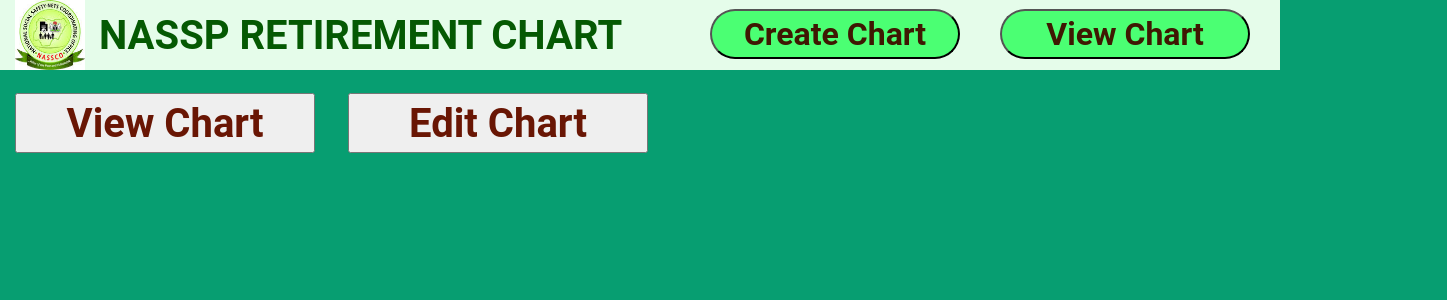
Repository: sheddy1/nasspchart
Page: http://localhost/
The author's editor kept a copy of each file at every save. The page is drawn from the files as they stood at one save, then again after the next save.
The browser window is 1280 px wide. The page is 1280 px wide, then 1447 px, so the pictures cover 1447 px, including what lies to the right of the window. The pictures show the whole page.
The page is run by PHP 8.4 with error messages shown; the project is at /var/www/html/.

Above is the page before, as saved 2022-04-06 17:41:34.

### index.php
<!DOCTYPE html>
<html lang="en">
<head>
    <meta charset="UTF-8">
    <meta http-equiv="X-UA-Compatible" content="IE=edge">
    <meta name="viewport" content="width=device-width, initial-scale=1.0">
    <title>NASSP CHART</title>

    <link rel="stylesheet" href="index1.css">
</head>

<body>
    <div id="header">
        <img src="images/images.jpg" class="logo-image">

        <label class="logo-text">NASSP RETIREMENT CHART</label>

        <form action="" method="POST">
            <button class="view-chart" name="view-chart">
                View Chart
            </button>

            <button class="create-chart" name="create-chart">
                Create Chart
            </button>
        </form>
    </div>

    <input type="text">

    <?php
        $page = 2;
        $edit_chart = 1;

        if(isset($_POST['view-chart']))
        {
            // echo"<script>alert('you can view chart')</script>";
            $page = 2;

        }

        if(isset($_POST['create-chart']))
        {
            //  echo"<script>alert('you can create chart')</script>";

            $page = 1;
        }


         if($page == 1)
        {
            $user = "root";
            $pass = "";
            $db ="nassp";
            $db = new mysqli('localhost',$user,$pass,$db)
            or die("could not connect");

            $con1="SELECT * FROM employee ";

            $con1a = mysqli_query($db,$con1);

            $con1b  = mysqli_num_rows($con1a);

          $no1= $con1b;

            echo "
                <form method='POST' action=''>
                    <div id='chart-name'>
                        <label class='chartname1'>
                        Chart Name
                        </label>

                        <input type='text' class='chart-name-text' name='chart-name-text'>
                    </div>

                    <div id='chart-month'>
                        <label class='chartname1'>
                        Chart Month
                        </label>

                        <select name='chart-month-select'
                         class='chart-name-text'>
                            <option value='1'>January</option>
                            <option value='2'>Febuary</option>
                            <option value='3'>March</option>
                            <option value='4'>April</option>
                            <option value='5'>May</option>
                            <option value='6'>June</option>
                            <option value='7'>July</option>
                            <option value='8'>August</option>
                            <option value='9'>September</option>
                            <option value='10'>October</option>
                            <option value='11'>November</option>
                            <option value='12'>December</option>
                        </select>
                    </div>

                    <div id='employees'>
             <label class='chartname1'>
             Employees Name
             </label>

             <div class='employee-div1'>

             <table class='employees-table'>

             <tr class='employees-table-row'>
                 <th>Employees</th>
                 </tr>

             ";
             for($x = 0; $x<$no1; $x++)
             {
                 $row = mysqli_fetch_array($con1a);

                 echo"<tr class='employees-table-row1'><th>".$row['employee']."</th></tr  >";
             }
             echo"

             </table>
             </div>

         </div>

            <input type ='submit' value='Create Chart' name='btn-chart' class='btn-chart'>

            </form>";





            echo"
            <form method='POST' action=''>
            <div id='add-employee'>
                    <label class='chartname1'>
                    Add Employee
                    </label>

                    <input type='text'
                     class='chart-name-text' name='employee-name-text'>

                     <button type='submit' id ='add-employee-button'
                     name='add-employee-button'>
                        Add Employee
                     </button>


                </div>
                </form>
            ";



        }

        if(isset($_POST['add-employee-button']))
        {
            header("refresh: 0;");

            $employee = $_POST['employee-name-text'];

            // echo"<script>alert('the stuff is');</script>";

            $user = "root";
            $pass = "";
            $db ="nassp";
            $db = new mysqli('localhost',$user,$pass,$db)
            or die("could not connect");

            $open = "open";

            $insert_employee = "INSERT INTO employee (employee) VALUES ('$employee')";

            mysqli_query($db,$insert_employee);

            mysqli_close($db);




        }

        if(isset($_POST['btn-chart']))
        {
            // header("refresh: 3;");

            // location.reload();

            echo"<script>alert('posted');</script>";

            $name = $_POST['chart-name-text'];

            $month = $_POST['chart-month-select'];

            $user = "root";
            $pass = "";
            $db ="nassp";
            $db = new mysqli('localhost',$user,$pass,$db)
            or die("could not connect");

            $con1="SELECT * FROM employee";

            $con1a = mysqli_query($db,$con1);

            $con1b  = mysqli_num_rows($con1a);

            $no1= $con1b;

            $open = "open";

            $closed = "closed";

            $row = mysqli_fetch_array($con1a);

            $employee = $row['employee'];

            $idnum = rand(10000,99999);


            for($x = 2; $x<=$no1; $x++)
                 {
                    $row = mysqli_fetch_assoc($con1a);

                    $employee = $row['employee'];

                    // echo"<tr class='employees-table-row1'><th>".$row['employee']."</th></tr  >";

                    $insert_chart = "INSERT INTO employees (employee,table1,month1,id,`1`,`2`,`3`,`4`,`5`,`6`,`7`,`8`,`9`,`10`,`11`,`12`,`13`,`14`,`15`,`16`,`17`,`18`,`19`,`20`,`21`,`22`,`23`,`24`,`25`,`26`,`27`,`28`,`29`,`30`,`31`) VALUES
                    ('$employee','$name','$month','$idnum','$open','$open','$open','$open','$open','$open','$open','$open','$open','$open','$open','$open','$open','$open','$open','$open','$open','$open','$open','$open','$open','$open','$open','$open','$open','$open','$open','$open','$open','$open','$open')";

                    mysqli_query($db,$insert_chart);
                }


        }




        else if($page == 2)
        {
            echo"
                <form method='POST' action=''>
                    <button class='view-chart2' name='view_chart2'>
                        View Chart
                    </button>
                    <button name='edit_chart2' class='edit_chart2'>
                        Edit Chart
                    </button>
                </form>
            ";

            if(isset($_POST['edit_chart2']))
            {
                $edit_chart = 1;
            }

            if(isset($_POST['view_chart2']))
            {
                $edit_chart = 2;

            }
        }


        // if(isset($_POST['chart-name-text']))
        // {
        //     echo"<script>alert('the stuff is');</script>";
        // }
    ?>
</body>
</html>

### index1.css
body{
    background-color: #079E71;
}

#header{
 height: 70px;
width: 100%;
position: absolute;
left: 0px;
top: 0px;
border-radius: 0px;
background: #E5FCEA;
}

.logo-image{
    position: absolute;
width: 70px;
height: 70px;
left: 15px;
top: 0px;
}

.logo-text{
    position: absolute;
width: 700px;
height: 47px;
left: 99px;
top: 12px;

font-family: 'Roboto';
font-style: normal;
font-weight: 700;
font-size: 40px;
line-height: 47px;
/* identical to box height */


color: #055903;
}

.view-chart{
    position: absolute;
width: 250px;
height: 50px;
right: 30px;
top: 9px;

background: #4BFF73;
border-radius: 50px;

font-family: 'Roboto';
font-style: normal;
font-weight: 700;
font-size: 32px;
line-height: 38px;
/* identical to box height */


color: #3F1802;
}

.create-chart{
    position: absolute;
width: 250px;
height: 50px;
right: 320px;
top: 9px;

background: #4BFF73;
border-radius: 50px;

font-family: 'Roboto';
font-style: normal;
font-weight: 700;
font-size: 32px;
line-height: 38px;
/* identical to box height */


color: #3F1802;
}

#chart-name{
    position: absolute;
width: 570px;
height: 137px;
left: 80px;
top: 100px;
/* background-color: red; */
}

.chartname1{
    position: absolute;
left: 0px;
top: 0px;

font-family: 'Roboto';
font-style: normal;
font-weight: 700;
font-size: 40px;
line-height: 47px;
/* identical to box height */


color: #FFFFFF;
}

.chart-name-text{
    position: absolute;
width: 562px;
height: 55px;
left: 0px;
bottom: 0px;
font-size:40px;
background: #ffffff;
}

#chart-month{
    position: absolute;
width: 570px;
height: 137px;
right: 80px;
top: 100px;
/* background-color: red; */
}

#employees{
    position: absolute;
width: 570px;
height: 137px;
left: 80px;
top: 300px;
/* background-color: red; */
}

.employee-div1{
    position: absolute;
width: 562px;
height: 300px;
left: 0px;
top: 70px;
overflow: auto;
font-size: 30px;
background: #ffffff;
text-align: center;
}

.employees-table{
    text-align: center;
    width: 100%;
    height: 100%;
}

.employees-table-row{
    text-align: center;
width: 100%;
height: 50px;
background: #DCD884;
}

.employees-table-row1{
    text-align: center;
width: 100%;
height: 50px;

}

#add-employee{
    position: absolute;
width: 570px;
height: 137px;
right: 80px;
top: 300px;
/* background-color: red; */
}

#add-employee-button{
    position: absolute;
width: 400px;
height: 50px;
left: 0px;
top: 170px;
font-weight: bold;
font-size: 30px;
background: #C4C4C4;
border-radius: 50px;
box-shadow: 0px 20px 20px 0px;
}


.btn-chart{
    position: absolute;
    width: 400px;
    height: 50px;
    right: 250px;
    top: 600px;
    font-weight: bold;
    font-size: 30px;
    background: #C4C4C4;
    border-radius: 50px;
    box-shadow: 0px 20px 20px 0px;
}

/* code for second page */
.view-chart2{
position: absolute;
width: 300px;
height: 60px;
left: 15px;
top: 93px;

font-family: 'Roboto';
font-style: normal;
font-weight: 700;
font-size: 40px;
line-height: 47px;
color: #691604;

}

.edit_chart2{
    position: absolute;
width: 300px;
height: 60px;
left: 348px;
top: 93px;

    font-family: 'Roboto';
    font-style: normal;
    font-weight: 700;
    font-size: 40px;
    line-height: 47px;
    color: #691604;

    }

.view-charts-scrool{
    position: absolute;
width: 766px;
height: 60px;
left: 681px;
top: 93px;
}

After the next save:
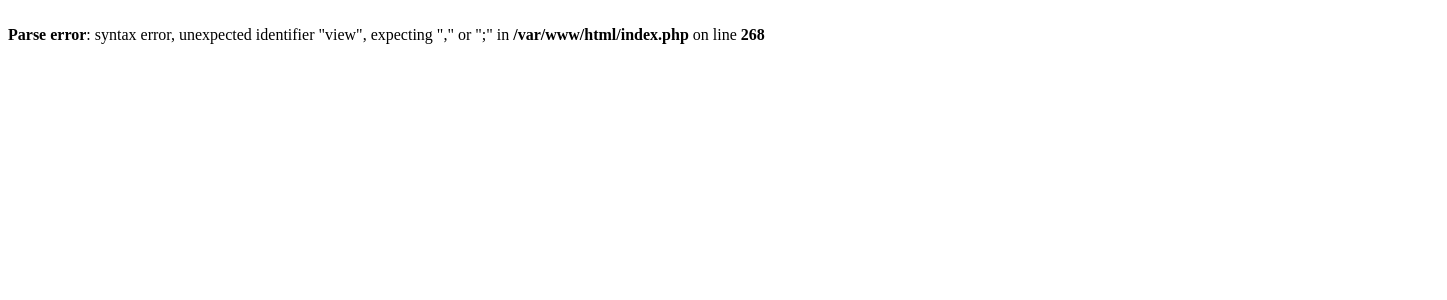
Saved 2 s later.
--- a/index.php
+++ b/index.php
@@ -261,7 +261,18 @@
                 $edit_chart = 2;
 
             }
-        }
+
+            if($edit_chart == 1)
+            {
+                echo"
+                    <div class="view-charts-scrool">
+
+                    </div>
+                ";
+            }
+
+        }
+        //end of 2nd page
 
 
         // if(isset($_POST['chart-name-text']))

After the save that followed:
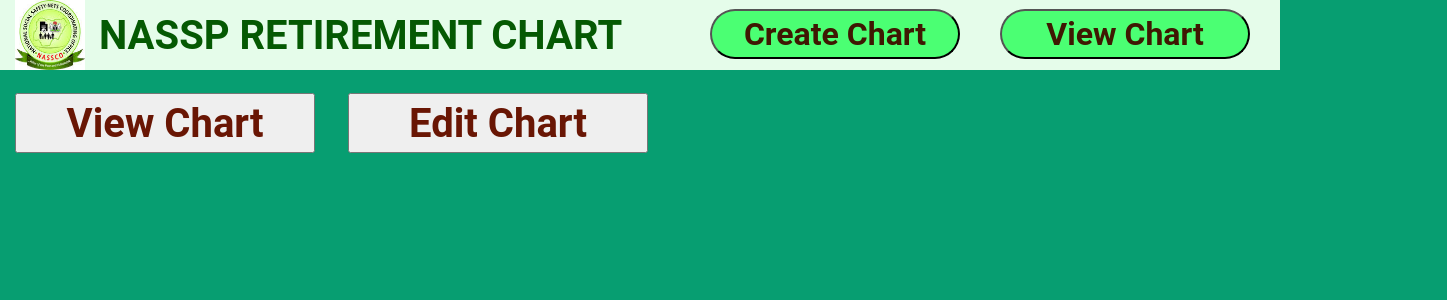
Saved 16 s later.
--- a/index.php
+++ b/index.php
@@ -265,7 +265,7 @@
             if($edit_chart == 1)
             {
                 echo"
-                    <div class="view-charts-scrool">
+                    <div class='view-charts-scrool'>
 
                     </div>
                 ";
